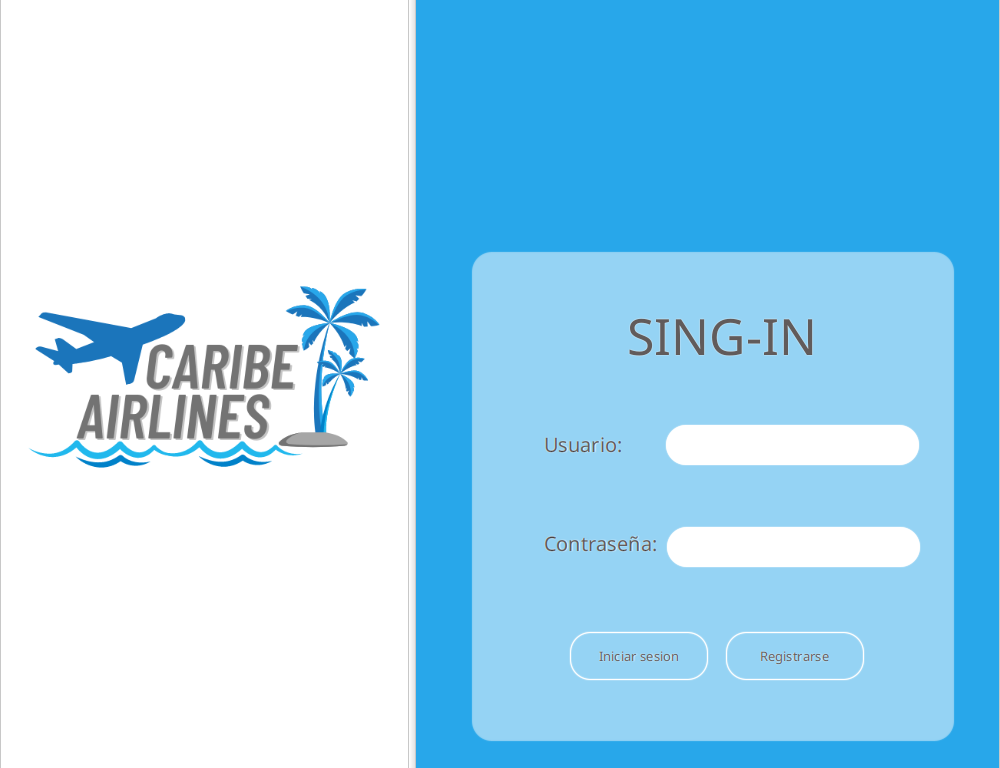
Repository: MiguelNietox/CaribeAirlines
Program's window: java workSpace/co.edu.uniquindio.estructurasDatos.ProyectoFinal/src/co/edu/uniquindio/estructurasDatos/ProyectoFinal/aplication/Aplicacion.java
The author's editor kept a copy of each file at every save. The program's window is drawn from the files as they stood at one save, then again after the next save.
It runs on Java 21 on a 1366 x 768 screen with JavaFX 11; the title bar is not drawn. Parts beyond the screen are cut off. It also reads workSpace/co.edu.uniquindio.estructurasDatos.ProyectoFinal/src/co/edu/uniquindio.

Above is the program's window before, as saved 2022-04-29 06:37:06.

After the next save:
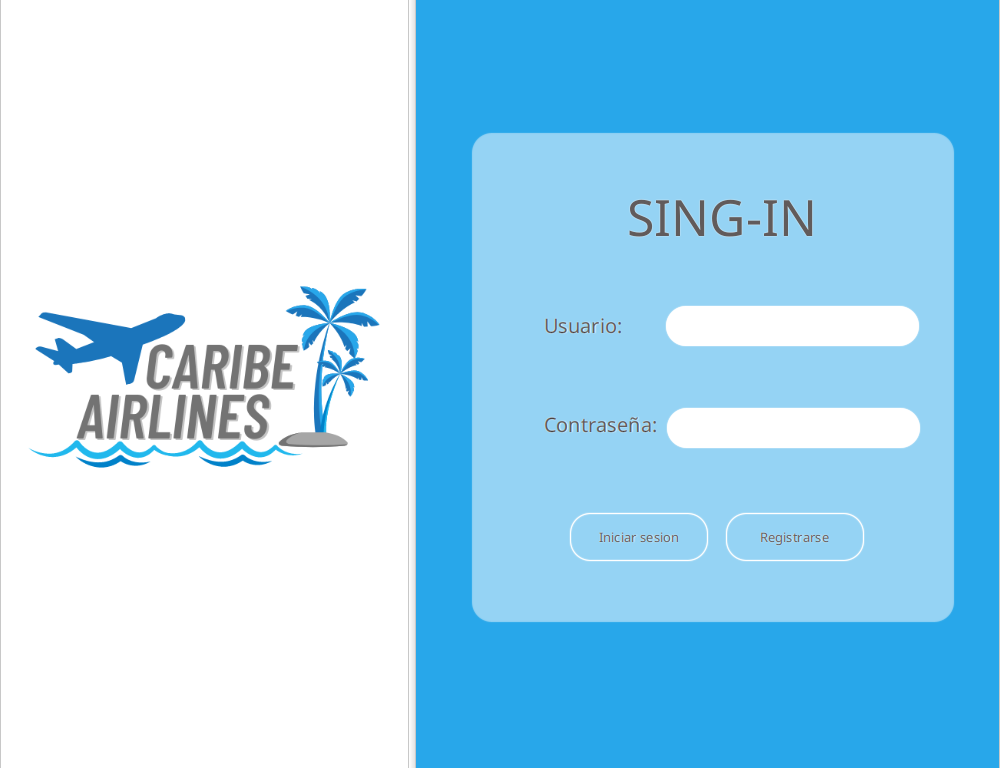
Saved 71 s later.
--- a/workSpace/co.edu.uniquindio.estructurasDatos.ProyectoFinal/src/co/edu/uniquindio/estructurasDatos/ProyectoFinal/controllers/LoginViewController.java
+++ b/workSpace/co.edu.uniquindio.estructurasDatos.ProyectoFinal/src/co/edu/uniquindio/estructurasDatos/ProyectoFinal/controllers/LoginViewController.java
@@ -85,8 +85,7 @@
     }
 
 	public void setAplicacion(Aplicacion aplicacion) {
-		paneIniciarSesion.setLayoutX(56);
-		paneIniciarSesion.setLayoutY(275);
+
 	}
 
 	private void mostrarPaneRegistro() {
@@ -95,6 +94,8 @@
 	}
 
 	private void mostrarPaneIniciarSesion() {
+		paneIniciarSesion.setLayoutX(56);
+		paneIniciarSesion.setLayoutY(275);
 		aparecerVentanaIniciarSesion();
 	}
 
